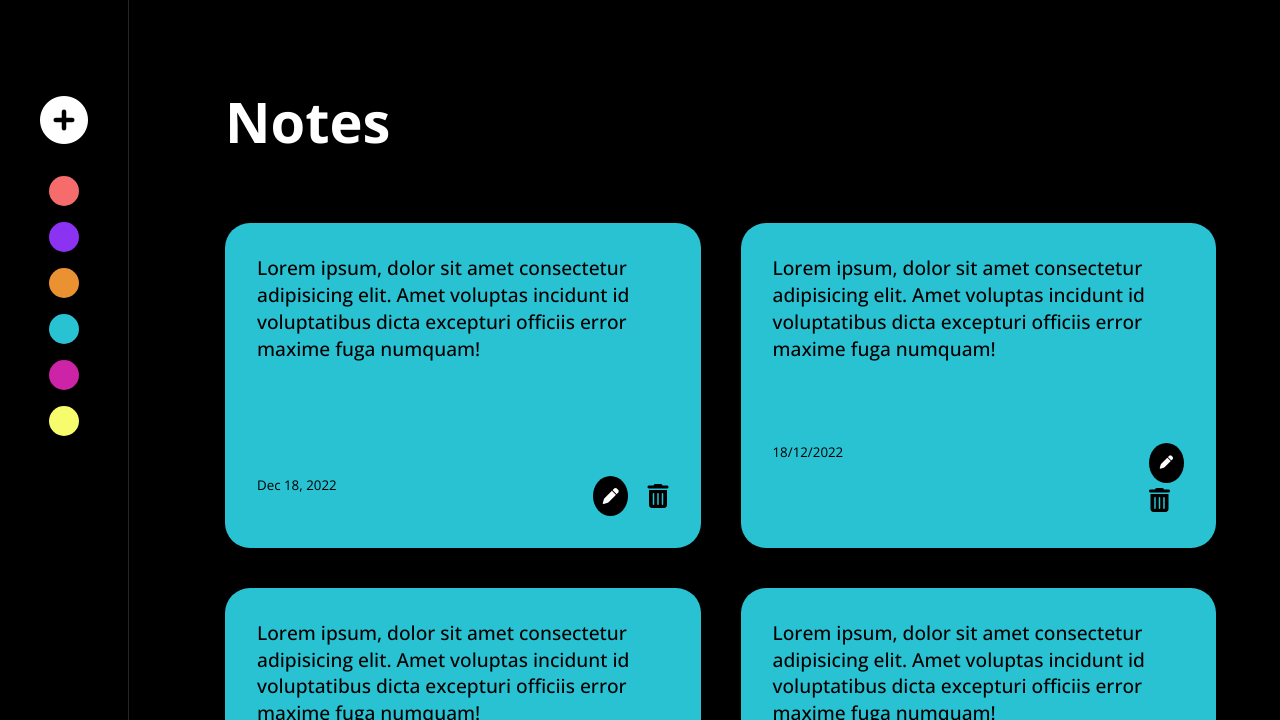
Repository: emiliaiwu/notes_app
Page: index.html
An editor plug-in stored every save of this project. The page is shown before and after the next save, followed by the edit.
The browser window is 1280 px wide. The pictures show the whole page.
An inner scrolling area shows only its first screen. Some web libraries are served in a nearby version.

Above is the page before, as saved 2022-12-19 23:50:04.

After the next save:
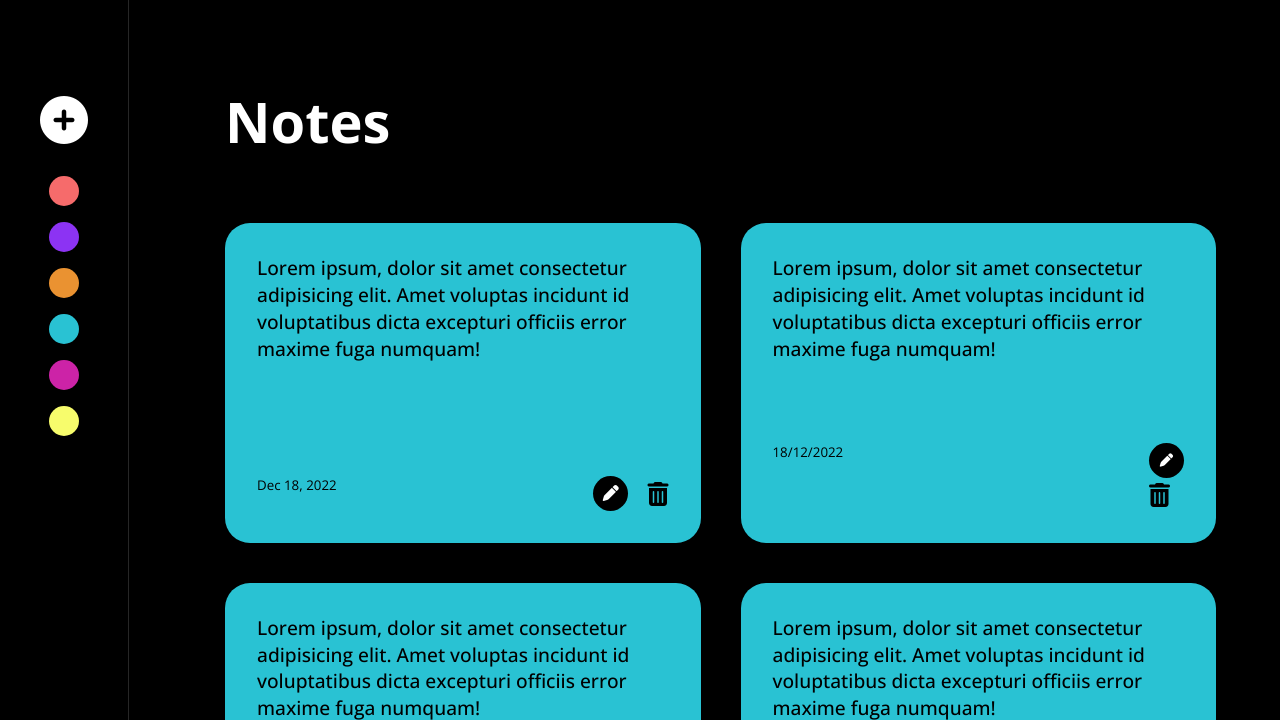
Saved 5 s later.
--- a/style.css
+++ b/style.css
@@ -139,7 +139,7 @@ h1 {
 .edit {
     background-color: #000;
     width: 35px;
-    height: 40px;
+    height: 35px;
     border-radius: 50%;
     color: #fff;
     justify-content: center;
